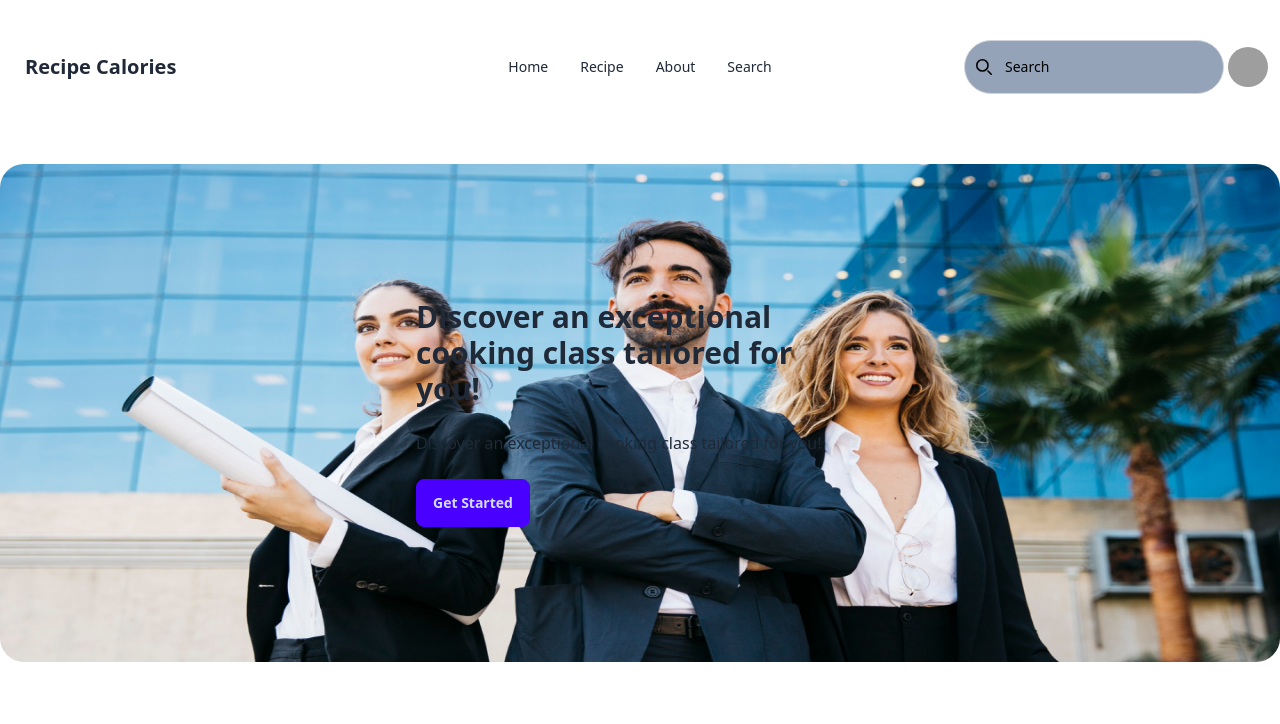
Repository: RudrasahaDibos/Chefs-table
Page: /
An editor plug-in stored every save of this project. The page is shown before and after the next save, followed by the edit.
The browser window is 1280 px wide. The pictures show the whole page.
Pictures or frames that could not be fetched are drawn as grey boxes. The project was rebuilt for these pictures with package versions that can differ from the ones it lists, and the page was loaded fresh each time. Also part of the build but not shown: vite.config.js, src/App.css.

Above is the page before, as saved 2024-12-19 09:48:28.

### src/App.jsx

import './App.css'
import Banner from './Component/Banner/Banner'
import Header from './Component/Header/Header'
import Recipes from './Component/Recipes/Recipes'

function App() {


  return (
    <div className='container mx-auto'>
        <Header></Header>
        <Banner></Banner>
        <Recipes></Recipes>

    </div>
  )
}

export default App

### src/Component/Banner/Banner.jsx
import img from '../Banner/Image/Rectangle 12.png'

const Banner = () => {
    return (
        <div className='max-w-7xl mx-auto '>
            <div className="hero ">
     <img src={img} alt="" className='h-4/5 w-full rounded-3xl' />
  <div className="hero-content ">
    <div className="max-w-md">
      <h1 className="text-3xl font-bold">Discover an exceptional cooking class tailored for you!</h1>
      <p className="py-6">
      Discover an exceptional cooking class tailored for you!
      </p>
      <button className="btn btn-primary">Get Started</button>
    </div>
  </div>
</div>
        </div>
    );
};

export default Banner;

### src/Component/Header/Header.jsx

const Header = () => {
    return (
        <div className="max-w-7xl mx-auto mt-8">
              <div className="navbar bg-base-100">
  <div className="navbar-start">
    <div className="dropdown">
      <div tabIndex="0" role="button" className="btn btn-ghost lg:hidden">
        <svg
          xmlns="http://www.w3.org/2000/svg"
          className="h-5 w-5"
          fill="none"
          viewBox="0 0 24 24"
          stroke="currentColor">
          <path
            strokeLinecap="round"
            strokeLinejoin="round"
            strokeWidth="2"
            d="M4 6h16M4 12h8m-8 6h16" />
        </svg>
      </div>
      <ul
        tabIndex="0"
        className="menu menu-sm dropdown-content bg-base-100 rounded-box z-[1] mt-3 w-52 p-2 shadow">
        <li><a>Home</a></li>
      <li><a>Recipe</a></li>
      <li><a>About</a></li>
      <li><a>Search</a></li>
      </ul>
    </div>
    <a className="btn btn-ghost text-xl font-bold">Recipe Calories</a>
  </div>
  <div className="navbar-center hidden lg:flex">
    <ul className="menu menu-horizontal px-1">
      <li><a>Home</a></li>
      <li><a>Recipe</a></li>
      <li><a>About</a></li>
      <li><a>Search</a></li>
    </ul>
  </div>
  <div className="navbar-end ">
  <div className="form-control ">


<form className="max-w-md mx-auto">
    <div className="relative">
        <div className="absolute inset-y-0 start-0 flex items-center ps-3 pointer-events-none">
            <svg className="w-4 h-4 text-black dark:text-gray-400" aria-hidden="true" xmlns="http://www.w3.org/2000/svg" fill="none" viewBox="0 0 20 20">
                <path stroke="currentColor" strokeLinecap="round" strokeLinejoin="round" strokeWidth="2" d="m19 19-4-4m0-7A7 7 0 1 1 1 8a7 7 0 0 1 14 0Z"/>
            </svg>
        </div>
        <input type="search" id="default-search" className="block w-full p-4 ps-10 text-sm text-black border border-gray-300  bg-slate-400 focus:ring-blue-500 rounded-full focus:border-blue-500 dark:bg-gray-700 dark:border-gray-600 placeholder-black dark:text-white dark:focus:ring-blue-500 dark:focus:border-blue-500" placeholder="Search " required />

    </div>
</form>


    </div>
    <div tabIndex="0" role="button" className="btn btn-ghost btn-circle avatar">
        <div className="w-10 rounded-full">
          <img
            alt="Tailwind CSS Navbar component"
            src="https://img.daisyui.com/images/stock/photo-1534528741775-53994a69daeb.webp" />
        </div>
      </div>
  </div>
</div>
        </div>
    );
};

export default Header;

### src/Component/Recipes/Recipes.jsx
import React from 'react';

const Recipes = () => {
    return (
        <div>

        </div>
    );
};

export default Recipes;

Loaded but not shown: index.html (common file); src/main.jsx (common file); src/index.css (common file); tailwind.config.js (common file)

After the next save:
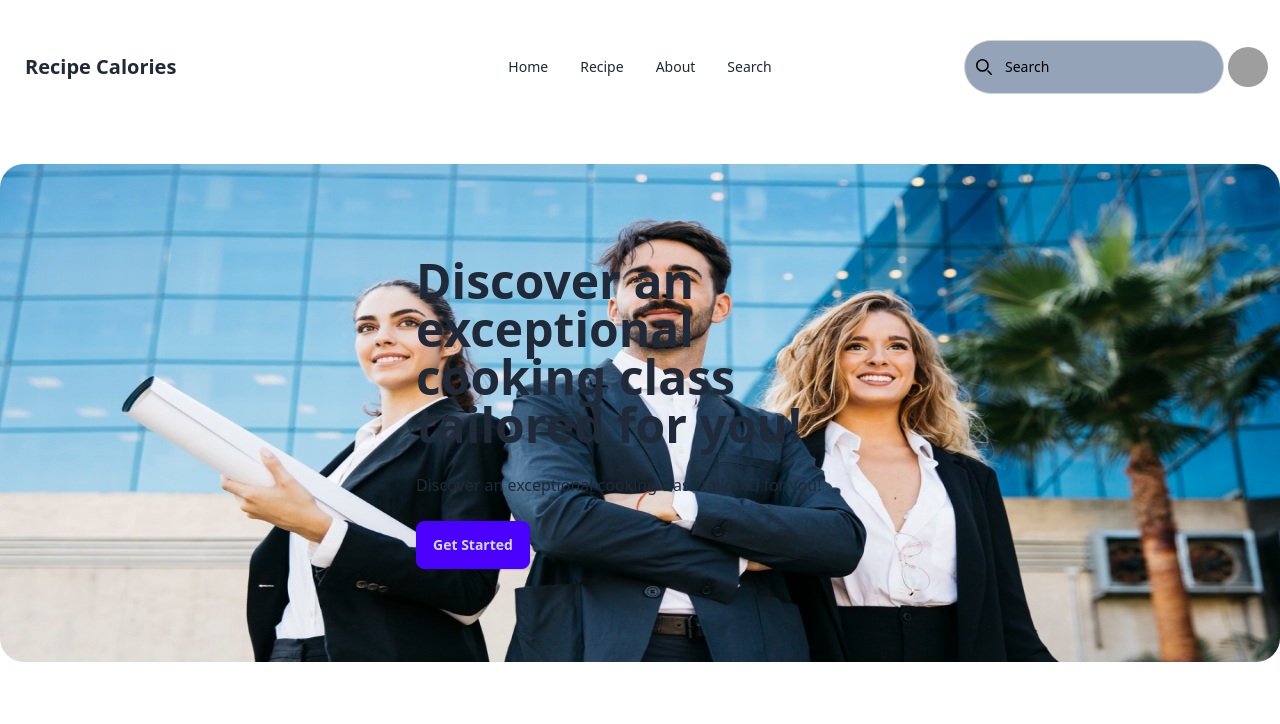
Saved 15 s later.
--- a/src/Component/Banner/Banner.jsx
+++ b/src/Component/Banner/Banner.jsx
@@ -7,7 +7,7 @@ const Banner = () => {
      <img src={img} alt="" className='h-4/5 w-full rounded-3xl' />
   <div className="hero-content ">
     <div className="max-w-md">
-      <h1 className="text-3xl font-bold">Discover an exceptional cooking class tailored for you!</h1>
+      <h1 className="text-5xl font-bold">Discover an exceptional cooking class tailored for you!</h1>
       <p className="py-6">
       Discover an exceptional cooking class tailored for you!
       </p>
